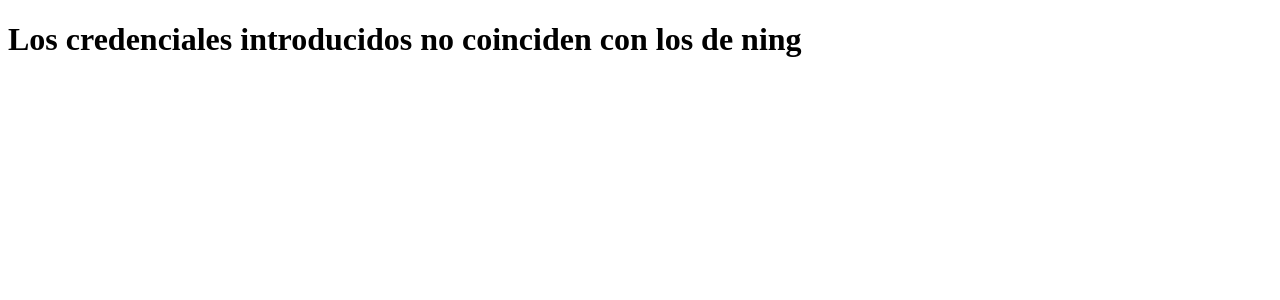
Repository: Pablosky971/Ejercicio-4.-Proyecto-Web
Page: Ejercicio5Servlet/src/main/webapp/error.html
These files come from the project's save history. The page is drawn as it stood at one moment and after a run of saves; the edit follows.
The browser window is 1280 px wide. The pictures show the whole page.

Above is the page before, as saved 2022-03-10 12:47:37.

### Ejercicio5Servlet/src/main/webapp/error.html
<!DOCTYPE html>
<html>
<head>
<meta charset="UTF-8">
<title>Error</title>
</head>
<body>
	<h1> Los credenciales introducidos no coinciden con los de ning</h1>

</body>
</html>

After the next 2 saves:
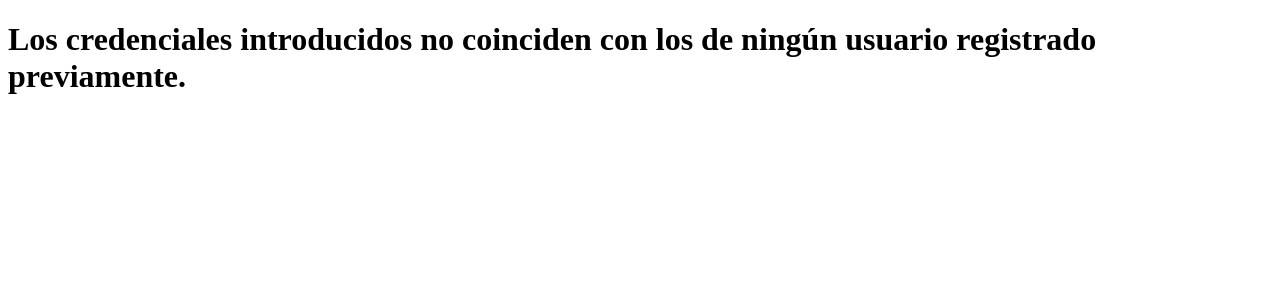
The 2 saves are shown as one change because they came seconds apart.
The last was saved 12 s later.
--- a/Ejercicio5Servlet/src/main/webapp/error.html
+++ b/Ejercicio5Servlet/src/main/webapp/error.html
@@ -5,7 +5,7 @@
 <title>Error</title>
 </head>
 <body>
-	<h1> Los credenciales introducidos no coinciden con los de ning</h1>
+	<h1> Los credenciales introducidos no coinciden con los de ningún usuario registrado previamente.</h1>
 
 </body>
 </html>
